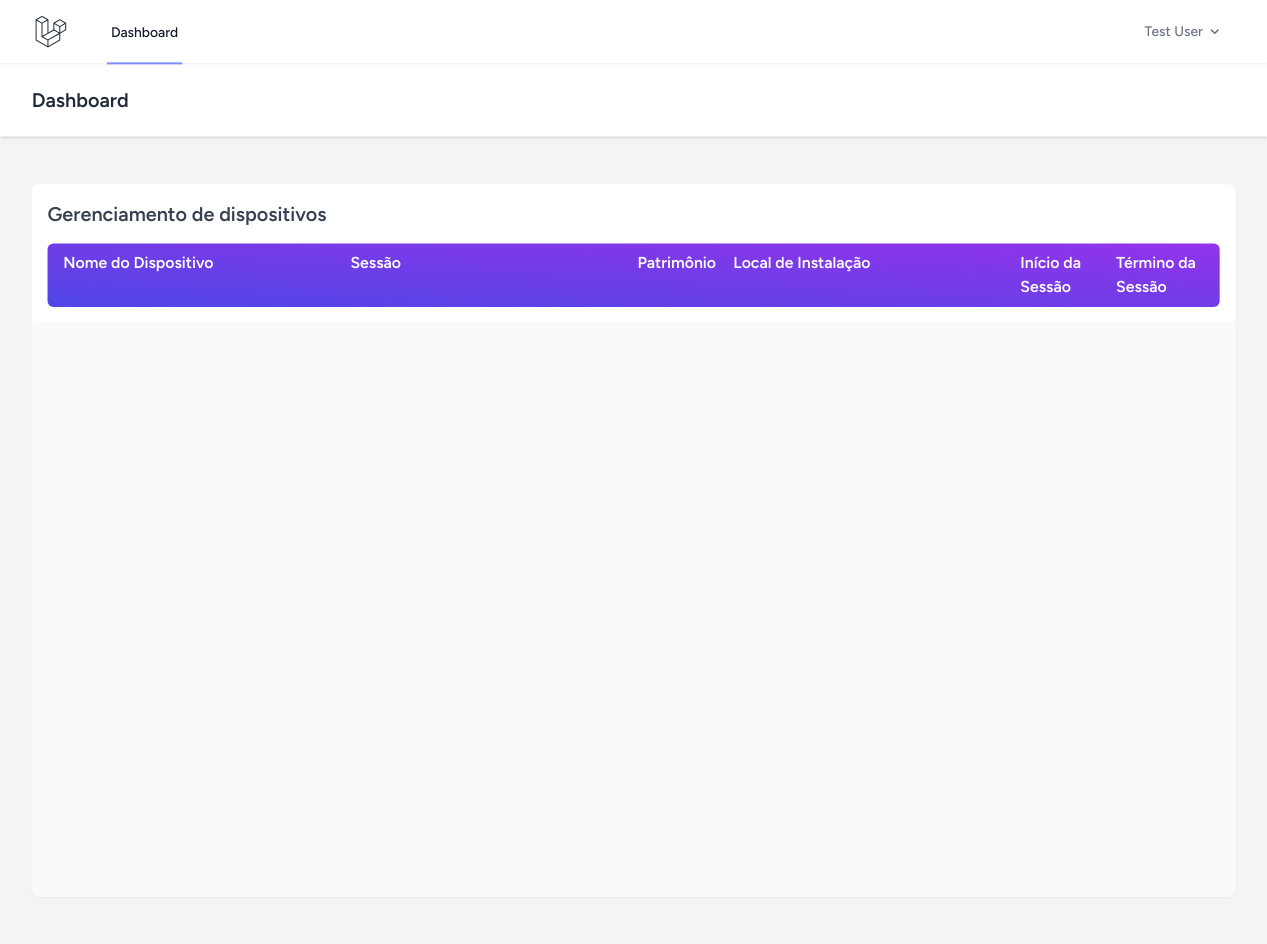
Repository: CrisMorgantee/device-logs
Page: http://localhost/dashboard
An editor plug-in stored every save of this project. The page is shown before and after the next save, followed by the edit.
The browser window is 1280 px wide. The pictures show the whole page, at 99% of full size.
The page is served by the project's Laravel application, run on PHP 8.4 with Laravel 10. A made-up administrator, Test User (test@example.com), is signed in. Style sheets and scripts are compiled from the project's sources, by tool versions that may differ from the author's. Queries for data that is not in the repository find no rows.

Above is the page before, as saved 2023-04-14 22:43:33.

After the next save:
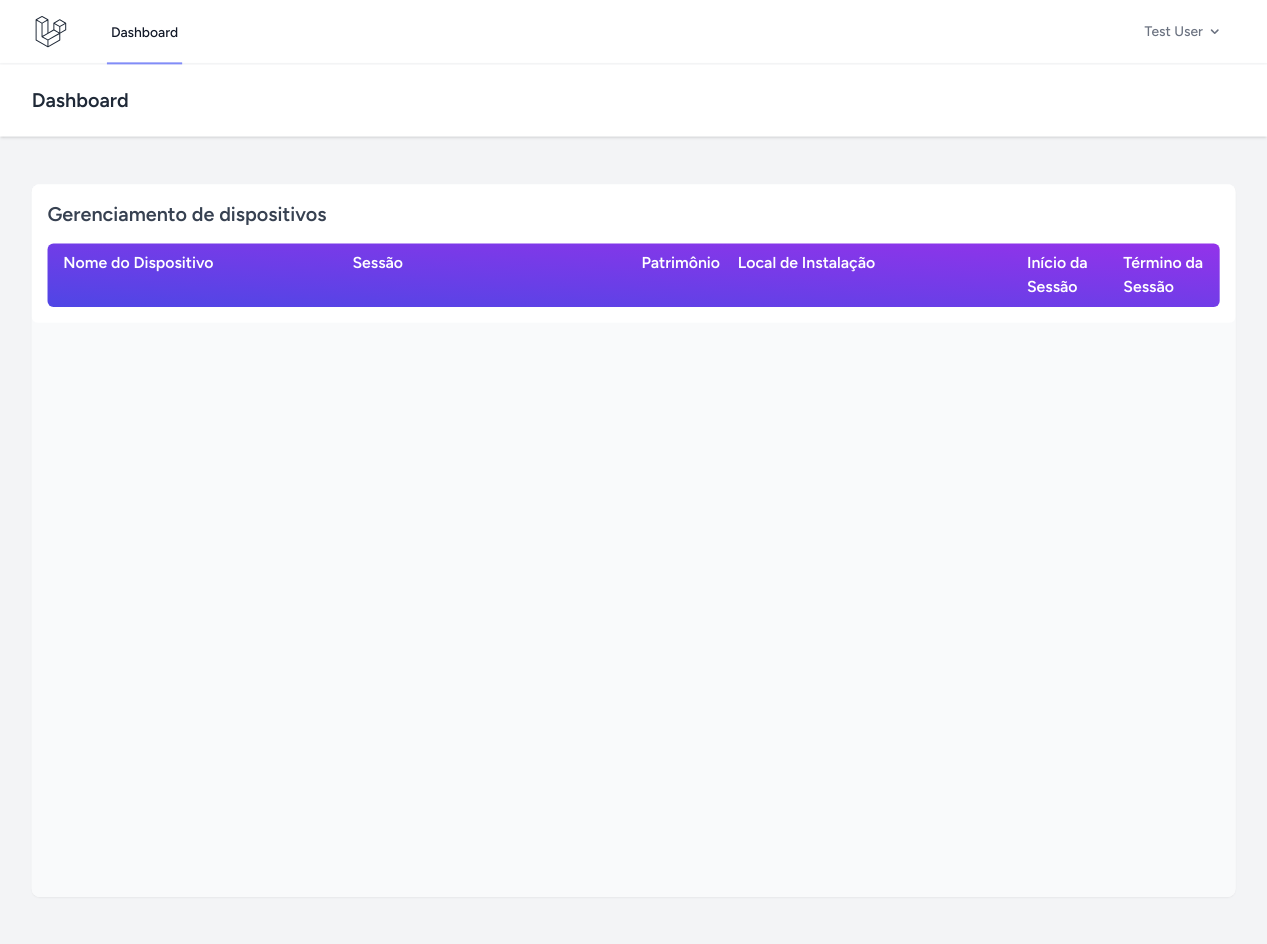
Saved 5 s later.
--- a/resources/views/dashboard.blade.php
+++ b/resources/views/dashboard.blade.php
@@ -13,7 +13,7 @@
             <h2 class="mb-4 text-xl font-bold text-gray-700">Gerenciamento de dispositivos</h2>
 
             <div
-              class="text-md grid grid-cols-12 gap-2 rounded-md bg-gradient-to-tr from-indigo-600 to-purple-600 py-2 px-4 font-bold text-white">
+              class="text-md grid grid-cols-12 gap-4 rounded-md bg-gradient-to-tr from-indigo-600 to-purple-600 py-2 px-4 font-bold text-white">
               <div class="col-span-3">
                 <span>Nome do Dispositivo</span>
               </div>
